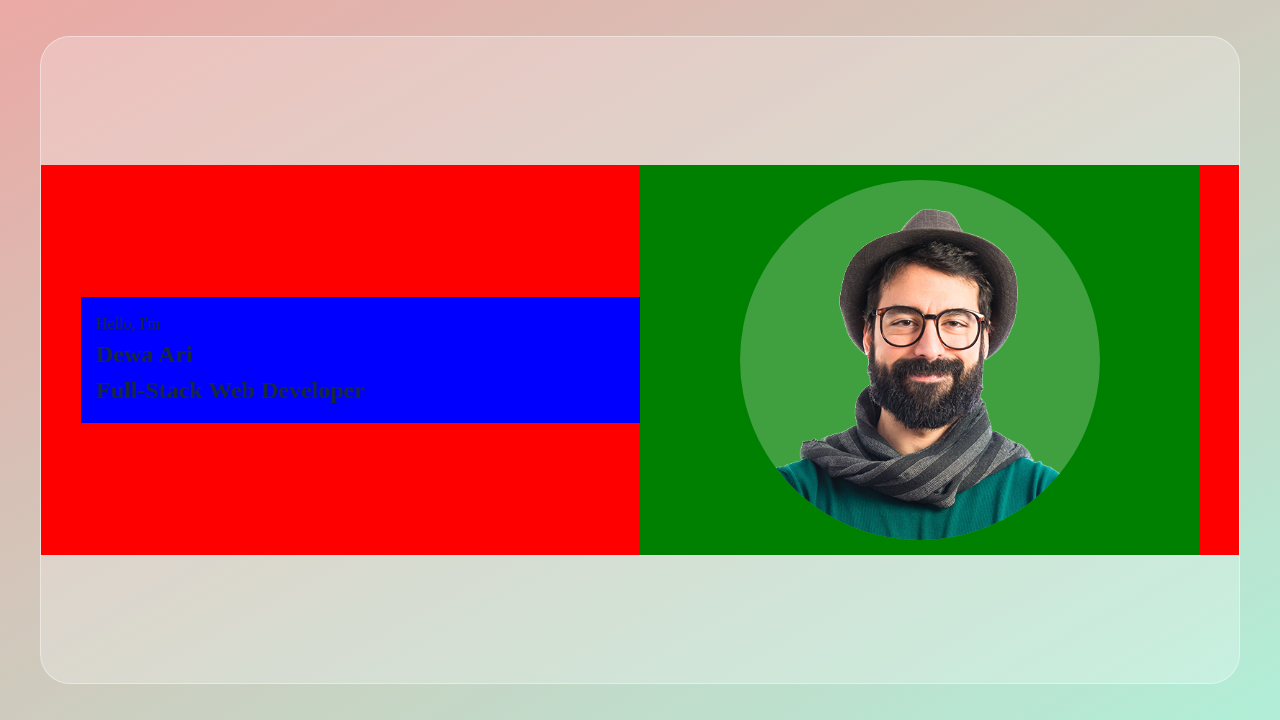
Repository: dewaary/Glassmorp-me
Page: index.html
These files come from the project's save history. The page is drawn as it stood at one moment and after the next save; the edit follows.
The browser window is 1280 px wide. The pictures show the whole page.

Above is the page before, as saved 2021-05-12 22:15:36.

After the next save:
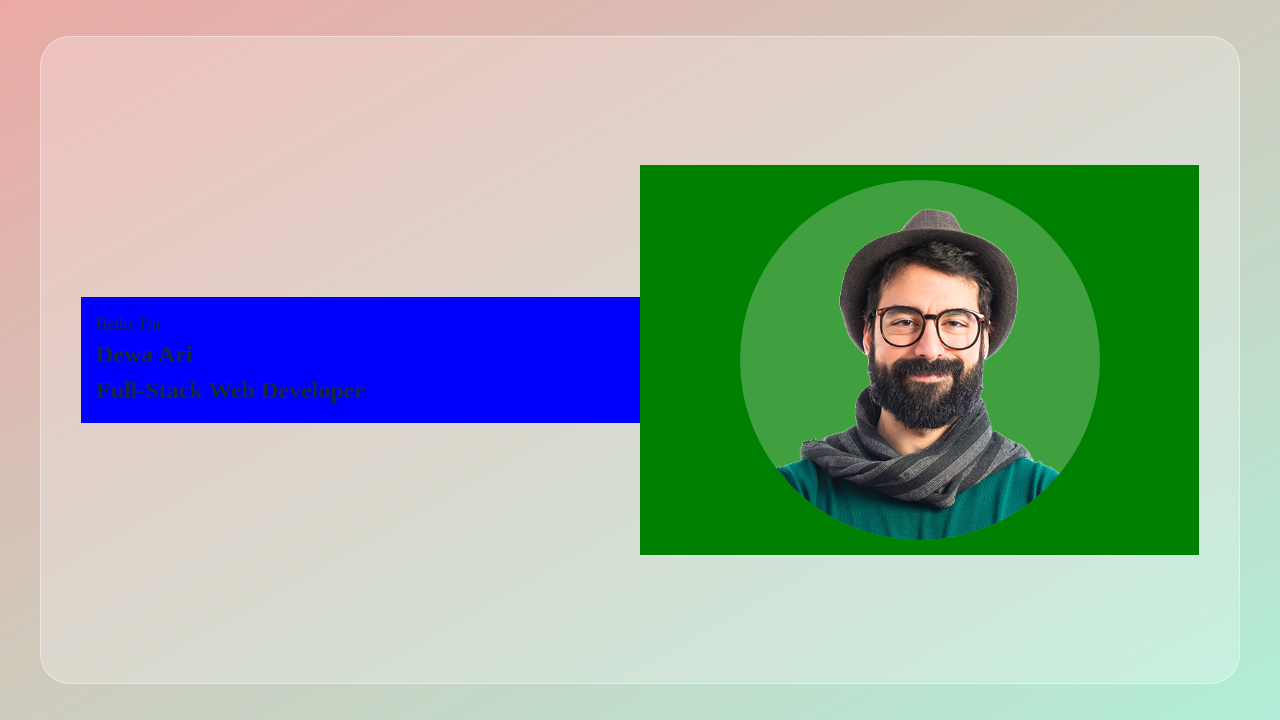
Saved 44 s later.
--- a/style.css
+++ b/style.css
@@ -72,7 +72,6 @@ section {
 }
 
 .container {
-    background-color: red;
     padding: 0 40px;
     width: 100%;
 }
@@ -86,6 +85,7 @@ Home Section */
 
 .home-section{
     display: flex;
+    padding: 120px 0;
 }
 
 .home-text{
